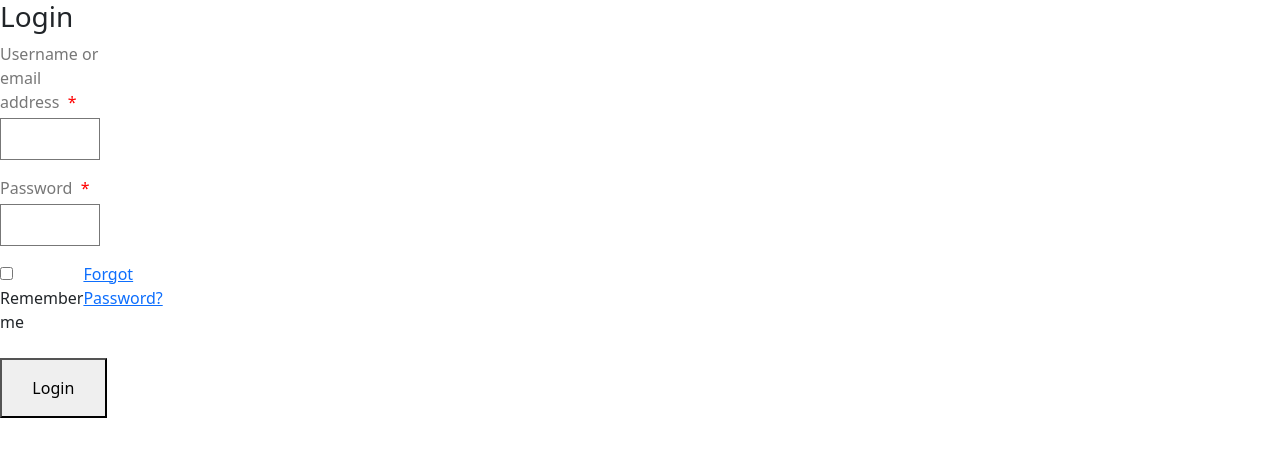
Repository: NguyenDo13/BE2-NhomH
Page: module-20,21/index.html
The author's editor kept a copy of each file at every save. The page is drawn from the files as they stood at one save, then again after the next save.
The browser window is 1280 px wide. The pictures show the whole page.

Above is the page before, as saved 2022-05-21 07:32:55.

### module-20,21/index.html
<!DOCTYPE html>
<html lang="en">


<head>
    <meta charset="UTF-8" />
    <meta http-equiv="X-UA-Compatible" content="IE=edge" />
    <meta name="viewport" content="width=device-width, initial-scale=1.0" />
    <link rel="stylesheet" href="index/public/css/style.css" />
    <link rel="stylesheet" href="index/public/css/bootstrap.min.css" />
    <link rel="stylesheet" href="https://cdnjs.cloudflare.com/ajax/libs/font-awesome/6.0.0/css/all.min.css" />
    <title>Document</title>
</head>

<body>
    <div class="maincontainer">
        <div class="remaincontainer">
            <div class="boxcontent">
                <div class="u-columns col2-set">
                    <div class="u-column1 col-1">
                        <form action="" class="formSignin">
                            <h3 class="title-login"> Login </h3>
                            <p class="titleinput-login">
                                <label class="mb-1 font-weight-medium" for="username">Username or email address&nbsp;
                                    <span class="required">*</span>
                                </label>
                                <input type="text" class="input-login" name="username" id="username">
                            </p>
                            <p class="titleinput-login">
                                <label class="mb-1 font-weight-medium" for="password">Password&nbsp;
                                    <span class="required">*</span>
                                </label>
                                <input type="text" class="input-login" name="password" id="password">
                            </p>
                            <div class="Remember-password d-flex flex-column flex-sm-row justify-content-between mb-4">
                                <div class="checkbox-login my-2 my-sm-0">
                                    <input type="checkbox" name="rememberme" id="rememberme" value="forever" class="control-input">
                                    <label class="label-control no-radius" for="rememberme">Remember me</label>
                                </div>
                                <a href="" class="text-v-dark font-weight-semibold">Forgot Password?</a>
                            </div>
                            <p class="form-row mb-3 mb-lg-0 pb-1 pb-lg-0">
                                <input type="hidden" id="login-btn" name="login-btn" value="ca1cd3182f" /><input type="hidden" name="_wp_http_referer" value="/wordpress/porto/shop1/my-account/" />
                                <button type="submit" class="Login-Button button login-btn btn-v-dark py-3 text-md w-100" name="login" value="Login">
                                    Login</button>
                            </p>
                        </form>
                    </div>
                    <div class="u-column2 col-2"></div>
                </div>
            </div>
        </div>
    </div>
</body>

</html>

### module-20,21/index/public/css/style.css
.titleinput-login {
    color: #777777;
}

.input-login {
    border: 1px solid;
    outline: none;
    box-shadow: none;
    text-align: left;
    width: 100px;
    background-color: #fff;
    color: #777777;
    padding: 8px 12px;
}

.required {
    color: red;
    cursor: default;
    border: none;
}

body {}

Loaded but not shown: module-20,21/index/public/css/bootstrap.min.css (library)

After the next save:
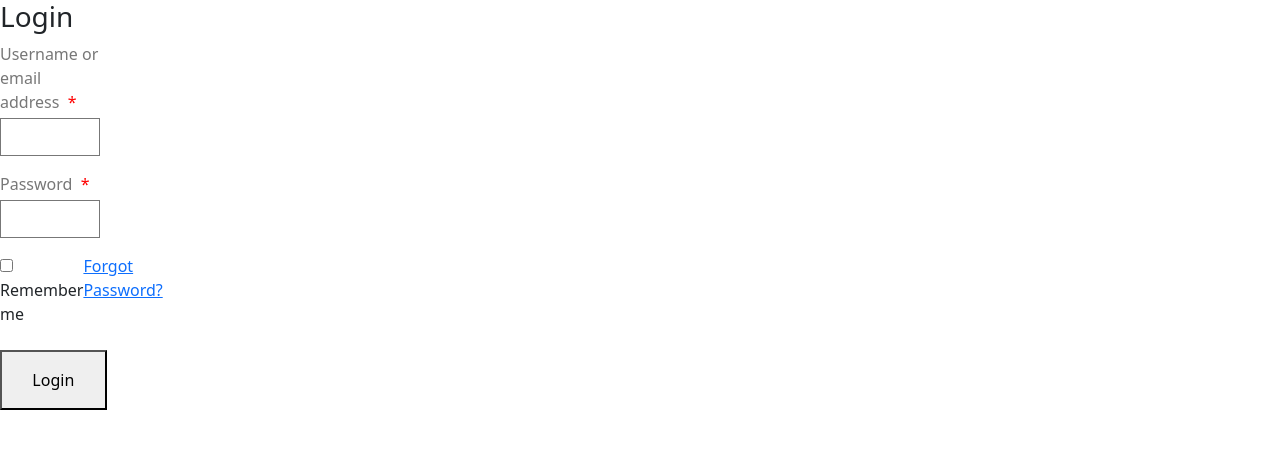
Saved 7 s later.
--- a/module-20,21/index/public/css/style.css
+++ b/module-20,21/index/public/css/style.css
@@ -7,6 +7,7 @@
     outline: none;
     box-shadow: none;
     text-align: left;
+    font-size: 0.85rem;
     width: 100px;
     background-color: #fff;
     color: #777777;
